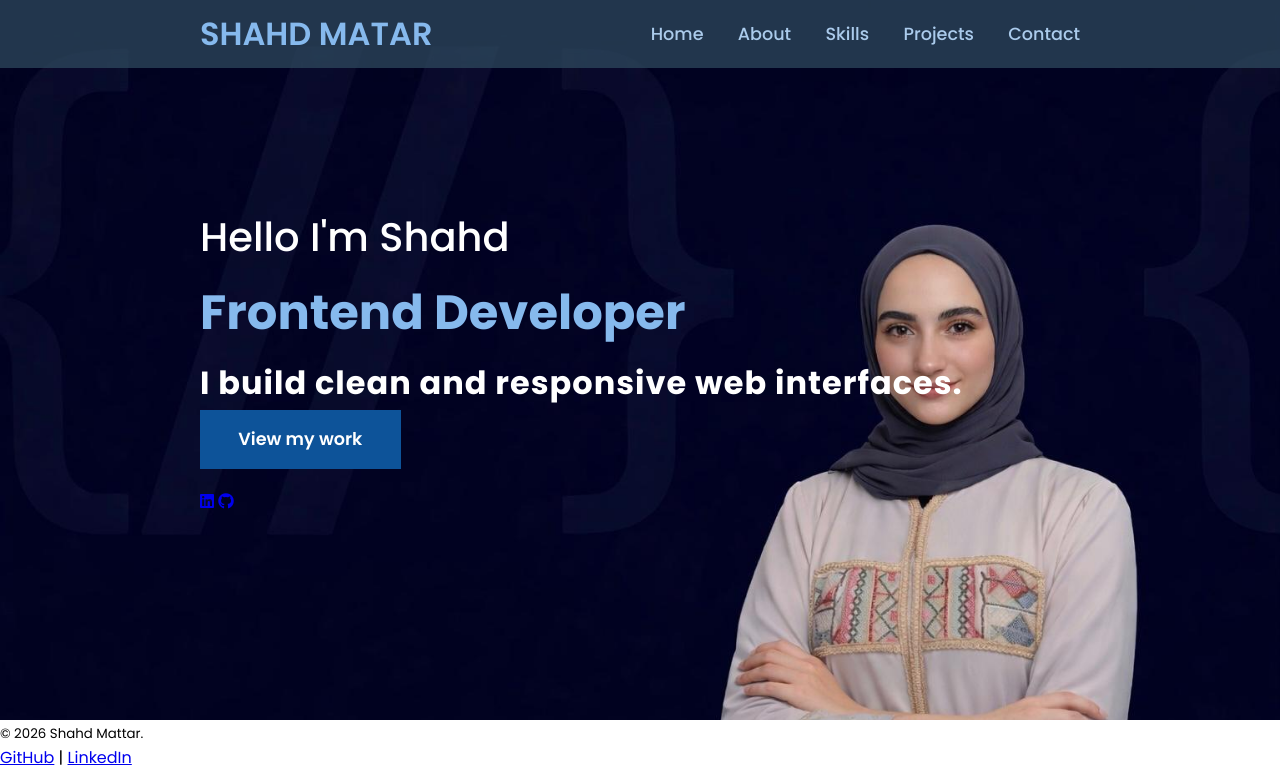
Repository: shahdmattar/personal-landing-page
Page: index.html
An editor plug-in stored every save of this project. The page is shown before and after the next save, followed by the edit.
The browser window is 1280 px wide. The pictures show the whole page.
Backgrounds fixed to the window are drawn as part of the page.

Above is the page before, as saved 2026-04-15 11:59:19.

### index.html
<!doctype html>
<html lang="en">
  <head>
    <meta charset="UTF-8" />
    <meta name="viewport" content="width=device-width, initial-scale=1.0" />
    <title>Shahd Matar | Personal Landing Page</title>
    <meta
      name="description"
      content="Personal landing page of Shahd Matar, Computer Engineering student and frontend learner."
    />
    <link
      rel="stylesheet"
      href="https://cdnjs.cloudflare.com/ajax/libs/font-awesome/6.0.0/css/all.min.css"
    />
    <link rel="stylesheet" href="style.css" />
    <!-- <link rel="stylesheet" href="test.css"> -->
  </head>

  <body>
    <header>
      <a href="#" class="logo">Shahd Matar</a>
      <nav class="navgation">
        <a href="#hero">Home</a>
        <a href="#about">About</a>
        <a href="#skills">Skills</a>
        <a href="#projects">Projects</a>
        <a href="#contact">Contact</a>
      </nav>
    </header>


      <section class="main">
        <div>
          <h2>Hello I'm Shahd<br> <span>Frontend Developer</span></h2>
          <h3>I build clean and responsive web interfaces.</h3>
          <a href="#projects" class="main-btn">View my work</a>
          <div class="social-icons">
            <a href="https://www.linkedin.com/in/shahd-matar-957608368"><i class="fab fa-linkedin"></i></a>
            <a href="https://github.com/shahdmattar"><i class="fab fa-github"></i></a>
          </div>
        </div>
      </section>


    <!-- Footer -->
    <footer>
      <p><small> &copy; 2026 Shahd Mattar.</small></p>
      <p>
        <a
          href="https://github.com/shahdmattar"
          target="_blank"
          rel="noopener noreferrer"
          >GitHub</a
        >
        |
        <a
          href="https://www.linkedin.com/in/shahd-matar-957608368"
          target="_blank"
          rel="noopener noreferrer"
          >LinkedIn</a
        >
      </p>
    </footer>
  </body>
</html>

### style.css
@import url('https://fonts.googleapis.com/css2?family=Dancing+Script:wght@400..700&family=Poppins:ital,wght@0,100;0,200;0,300;0,400;0,500;0,600;0,700;0,800;0,900;1,100;1,200;1,300;1,400;1,500;1,600;1,700;1,800;1,900&display=swap');

* {
  font-family:"Poppins", sans-serif;
  margin: 0;
  padding: 0;
  box-sizing: border-box;
  scroll-behavior:smooth;
}

header{
  width:100%;
  background-color:rgba(49, 76, 97, 0.709);
  position:fixed;
  display:flex;
  justify-content: space-between;
  align-items:center;
  z-index: 999;
  padding:10px 200px;
}

.logo{
  text-decoration:none;
  text-transform:uppercase;
  color:#86b9ed;
  font-size:2rem;
  font-weight:600;
}

.navgation a{
  color:#abcbec;
  text-decoration:none;
  font-size:1.1rem;
  font-weight:500;
  padding-left:30px;
}

.navgation a:hover{
  color:#2e6fab;
  font-size:1.15rem;
  /* font-weight:600; */
}

section{
   padding:200px 200px;
}
.main{
  width:100%;
  min-height:100vh;
  display:flex;
  align-items:center;
  background:url(images/back.jpeg);
  background-repeat:no-repeat;
  background-size:cover;
  background-position:center;
  background-attachment: fixed;
}

.main h2{
  color:#fff;
  font-size:2.5rem;
  font-weight:500;
}

.main h2 span{
  display:inline-block;
  margin-top: 10px;
  color:#86b9ed;
  font-size:3rem;
  font-weight:700;
}

.main h3 {
  margin-top: 10px;
  margin-bottom:3px;
  color:#fff;
  font-size:2rem;
  font-weight:700;
  letter-spacing:1px;
}

.main-btn{
  color:#fff;
  background-color:#0d5399;
  text-decoration:none;
  font-size:1.1rem;
  font-weight:600;
  display:inline-block;
  padding:0.9375em 2.178em;
  letter-spacing:
}
.main .social-icons{
  margin-top: 20px;
}

After the next save:
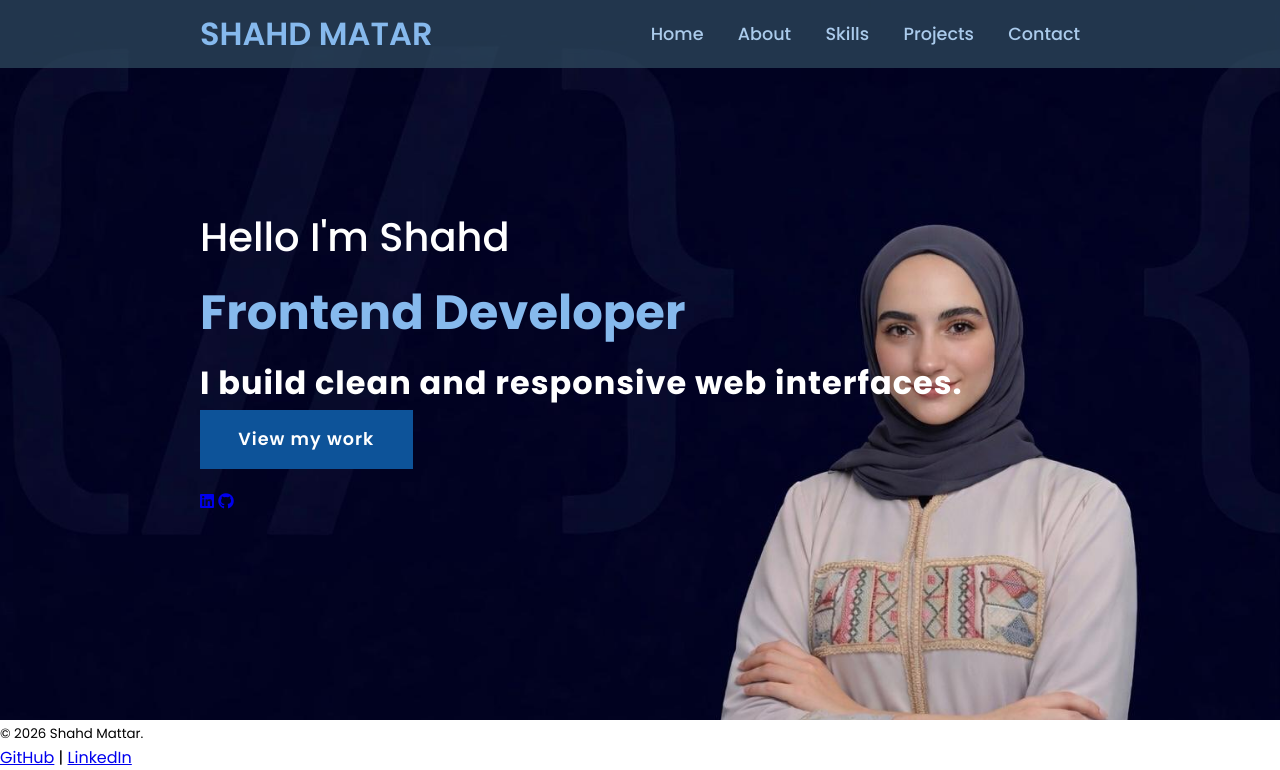
Saved 4 s later.
--- a/style.css
+++ b/style.css
@@ -87,7 +87,8 @@ section{
   font-weight:600;
   display:inline-block;
   padding:0.9375em 2.178em;
-  letter-spacing:
+  letter-spacing:1px;
+
 }
 .main .social-icons{
   margin-top: 20px;
